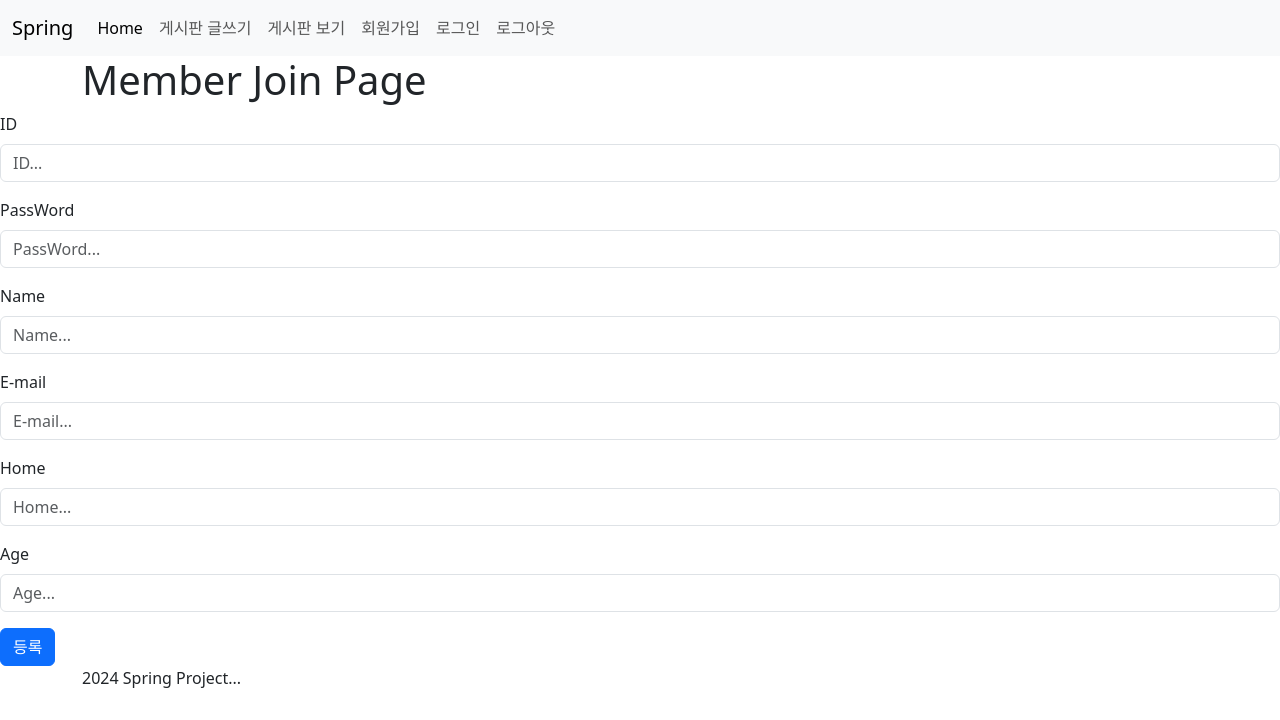
Repository: lhj6399/springTest240430
Page: http://localhost/spring_study/WEB-INF/views/member/register.jsp
These files come from the project's save history. The page is drawn as it stood at one moment and after the next save; the edit follows.
The browser window is 1280 px wide. The pictures show the whole page.
The page is served by Tomcat 9. Nobody is signed in. The template is opened directly, without the code that normally fills it, so the values that code supplies are empty.

Above is the page before, as saved 2024-04-25 05:53:43.

After the next save:
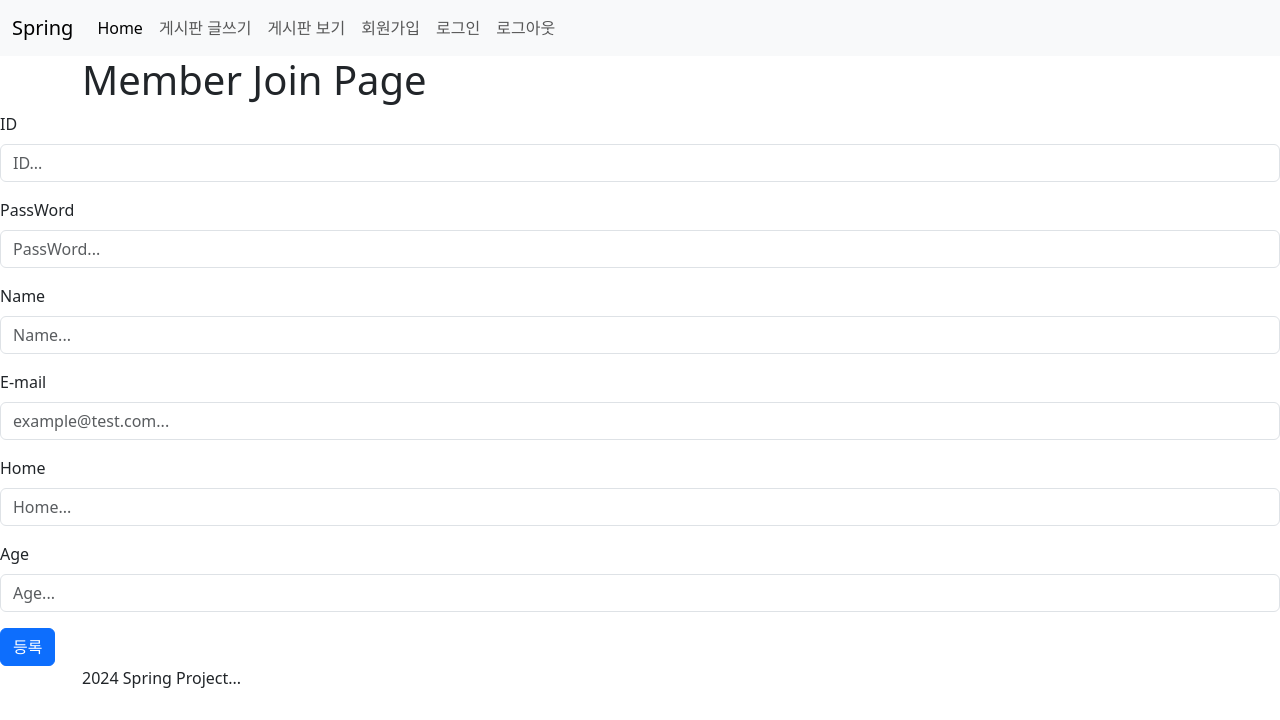
Saved 4 min 59 s later.
--- a/spring_study/src/main/webapp/WEB-INF/views/member/register.jsp
+++ b/spring_study/src/main/webapp/WEB-INF/views/member/register.jsp
@@ -12,7 +12,7 @@
 		</div>
 		<div class="mb-3">
 		  <label for="p" class="form-label">PassWord</label>
-		  <input type="text" class="form-control" name="pw" id="p" placeholder="PassWord...">
+		  <input type="password" class="form-control" name="pw" id="p" placeholder="PassWord...">
 		</div>
 		<div class="mb-3">
 		  <label for="n" class="form-label">Name</label>
@@ -20,7 +20,7 @@
 		</div>
 		<div class="mb-3">
 		  <label for="e" class="form-label">E-mail</label>
-		  <input type="text" class="form-control" name="email" id="e" placeholder="E-mail...">
+		  <input type="email" class="form-control" name="email" id="e" placeholder="example@test.com...">
 		</div>
 		<div class="mb-3">
 		  <label for="h" class="form-label">Home</label>
